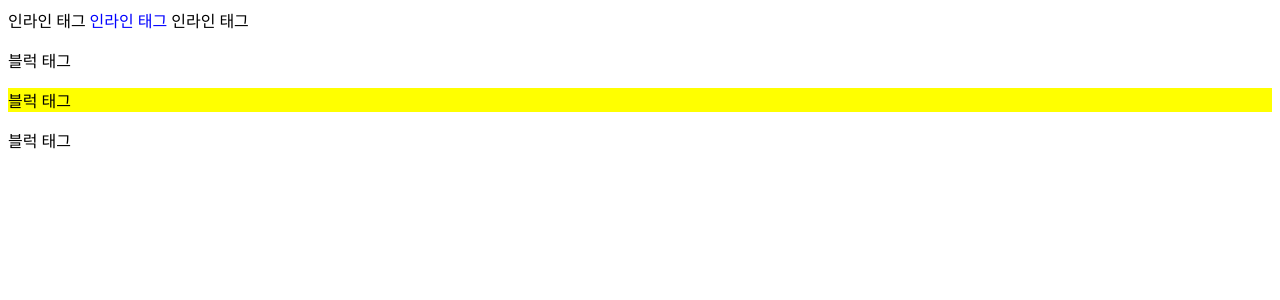
Repository: sungken/htmlProject
Page: ClientTest/src/main/webapp/html/ex13_tag.html
An editor plug-in stored every save of this project. The page is shown before and after the next save, followed by the edit.
The browser window is 1280 px wide. The pictures show the whole page.

Above is the page before, as saved 2024-03-13 03:41:18.

### ClientTest/src/main/webapp/html/ex13_tag.html
<!DOCTYPE html>
<html>
<head>
<meta charset="UTF-8">
<title>Insert title here</title>
</head>
<body>
<!-- ex13_tag -->
<!--

	인라인 태그 vs 블럭 태그
	- 모든 태그들은 위의 두 분류 중 하나에 속한다.
	- 태그가 랜더링됭 떄 나타나는 특징에 따른 분류
	- 태그가 화면에 출력되는 모습에 따른 분류

	인라인 태그, Inline Tag
	- 자신의 내용물을 인접한 다른 태그의 내용물과 같은 라인에 출력한다.

	블럭 태그, Block Tag
	- 자신의 내용물을 인접한 다른 태그의 내용물과 다른 라인에 출력한다.

 -->

<font>인라인 태그</font>
<font color="blue">인라인 태그</font>
<font>인라인 태그</font>
<!-- 한줄에 같이 출력 -->

<p>블럭 태그</p>
<p style="background-color: yellow;">블럭 태그</p><!-- p태그의 영역 확인 -->
<p>블럭 태그</p>
<!-- 다음줄에 출력 -->








</body>
</html>

After the next save:
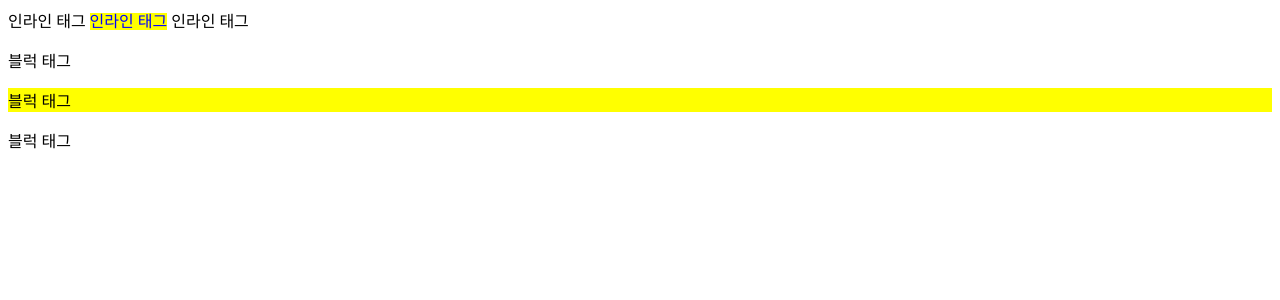
Saved 50 s later.
--- a/ClientTest/src/main/webapp/html/ex13_tag.html
+++ b/ClientTest/src/main/webapp/html/ex13_tag.html
@@ -22,7 +22,7 @@
  -->
 
 <font>인라인 태그</font>
-<font color="blue">인라인 태그</font>
+<font color="blue" style="background-color: yellow;">인라인 태그</font>
 <font>인라인 태그</font>
 <!-- 한줄에 같이 출력 -->
 
@@ -37,6 +37,5 @@
 
 
 
-
 </body>
 </html>
